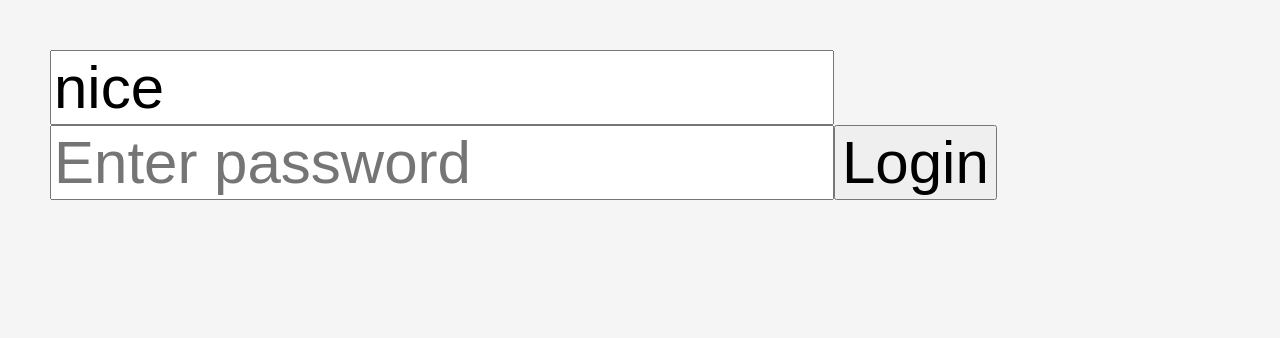
Repository: aanchal0205/yumili
Page: /
An editor plug-in stored every save of this project. The page is shown before and after the next save, followed by the edit.
The browser window is 1280 px wide. The pictures show the whole page.
The project was rebuilt for these pictures with package versions that can differ from the ones it lists, and the page was loaded fresh each time.

Above is the page before, as saved 2021-12-18 09:21:39.

### src/App.js
import logo from './logo.svg';
import './App.css';
import { useState } from 'react';
import { useEffect } from 'react';
import { useFormik } from 'formik';

// export const API="https://movieapp-aanchal.herokuapp.com";
const API="http://localhost:8000";

function App() {
  const token=localStorage.getItem("token")
  return (
    <div className="App">
     <Login/>
     {token?<RecipeList/>:""}

    </div>
  );
}

function RecipeList()
{

  // http://localhost:8000/recipes

  const [recipe,setRecipe]=useState([])

  useEffect(()=>
  {
    fetch(`${API}/recipes`)
  .then(data=>data.json())
  .then(recepies=>setRecipe(recepies))

  });




  return (
  <div className='recipe-list'>
    {recipe.map((rec)=>(

    <Recipe recipe={rec}/>
    ))}


  </div>
  );

}


function Login()
{
  const{handleSubmit,values,handleChange,handleBlur,errors,touched}=
  useFormik({
    initialValues:{username:"nice",password:""},
    onSubmit:(user)=>
    {
      console.log("Sending server values",user);
      signIn(user);
    },
  });
  const signIn=(user)=>
  {
    // http://localhost:8000/users/login
    fetch(`${API}/users/login`, {
      method:"POST",
       headers: {'Content-Type':'application/json'},
       body: JSON.stringify(user),
       })
    .then(data=>data.json())
    .then(data=>localStorage.setItem("token",data.token))

  };

  return (
    <form onSubmit={handleSubmit} className='login-form'>
      <input placeholder='Enter your name'
      id="username"
      name="username"
      value={values.username}
      onChange={handleChange}
      onBlur={handleBlur}>

      </input>
      <input type="text" placeholder='Enter password'
      id="password"
      name="password"
      value={values.password}
      onChange={handleChange}
      onBlur={handleBlur}></input>
      <button type="submit" >Login</button>
    </form>

  );
}

function Recipe({recipe})
{
  return <div className='recipe-container'>
    <img
    className="recipe-picture"
    src={recipe.picture}
    alt="Paneer Butter Masala"/>
    <p className='recepi-name'>{recipe.name}</p>
  </div>
}

export default App;

### src/App.css
/* .App {
  text-align: center;
} */

.recipe-picture
{
  height: 340px;
  width: 550px;
  object-fit: cover;
}
.recepi-name
{
  font-size: 48px;
  padding: 16px;
  margin: 10px;

}

.recipe-container
{
  background: white;
  width: 550px;
  border-radius: 16px;
  overflow: hidden;
  box-shadow: rgb(0 0 0/ 4%) 0px 1px 11px 1px;
  transition: 0.2s;
}

.recipe-container:hover
{
  transform: scale(1.1);
}

body
{
  background: whitesmoke;
  margin: 50px;
  font-family: Roboto;
}

.recipe-list
{
  display: flex;
  flex-wrap: wrap;
  justify-content: space-around;

}

.login-form > input,
.login-form > button
{
  font-size: 60px;
}

Loaded but not shown: public/index.html (common file); src/index.js (common file); src/index.css (common file); src/reportWebVitals.js (common file)

After the next save:
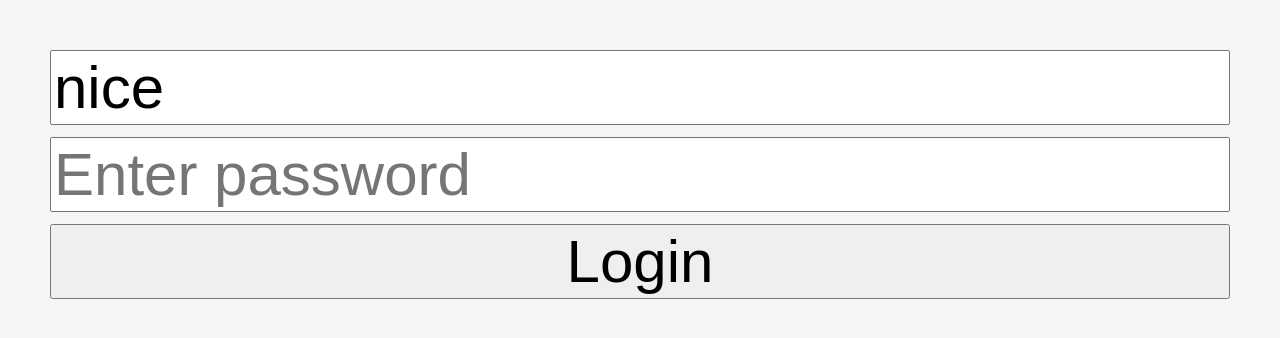
Saved 57 s later.
--- a/src/App.css
+++ b/src/App.css
@@ -51,3 +51,11 @@ body
 {
   font-size: 60px;
 }
+
+.login-form
+{
+  margin: 48px 0;
+  display: flex;
+  flex-direction: column;
+  gap: 12px;
+}
